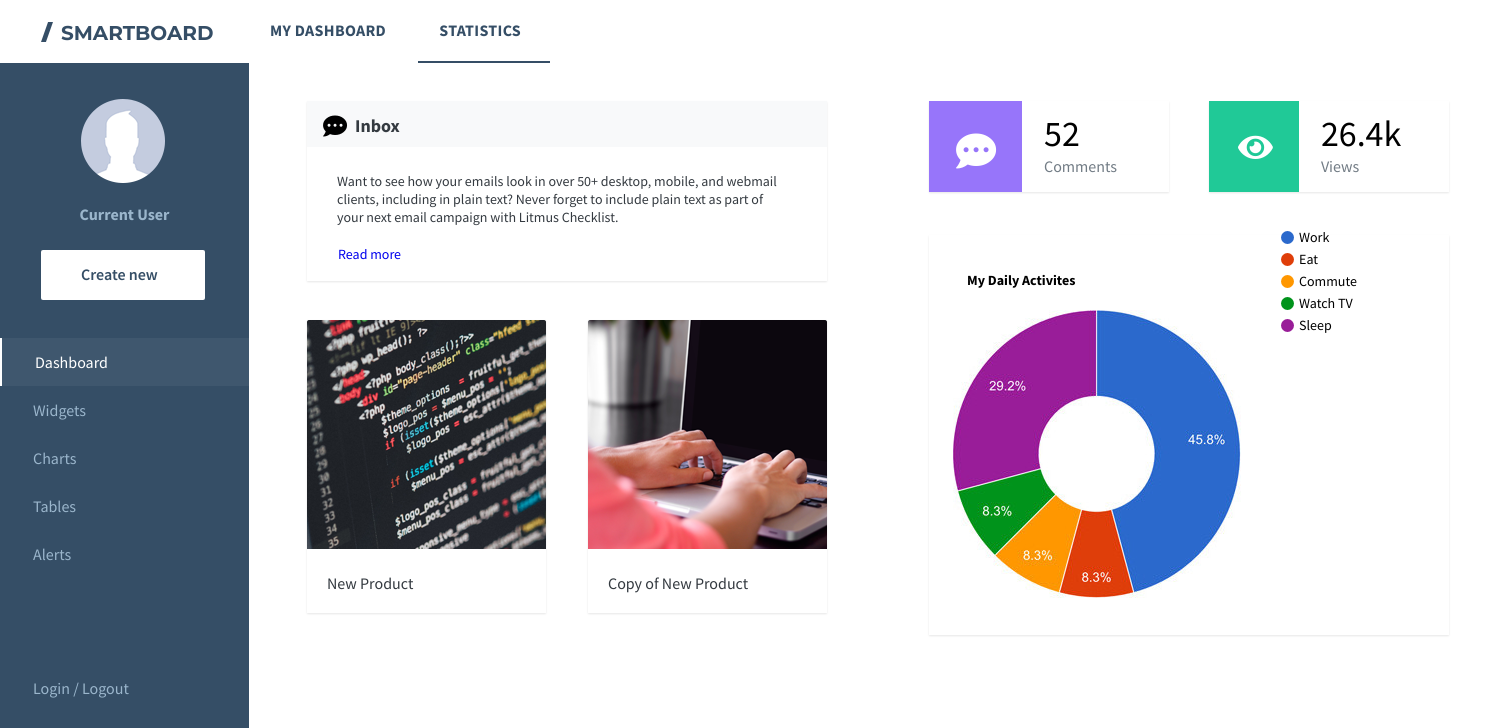
Repository: vargaeric/smartnotes
Page: workspace/public/html/smartboard.html
The author's editor kept a record of every edit. The page is drawn from the files as they stood at one moment, then again after the next edit.
The browser window is 1280 px wide. The page is 1493 px wide, so the pictures cover 1493 px, including what lies to the right of the window. The pictures show the whole page.
Some web libraries are served in a nearby version.

Above is the page before.

### workspace/public/html/smartboard.html
<!DOCTYPE html>
<html>
    <head>
        <link rel="stylesheet" href="https://use.fontawesome.com/releases/v5.8.1/css/all.css" integrity="sha384-50oBUHEmvpQ+1lW4y57PTFmhCaXp0ML5d60M1M7uH2+nqUivzIebhndOJK28anvf" crossorigin="anonymous">
        <link rel="stylesheet" type="text/css" href="./css/smartboard.css">
    </head>
    <body>
        <div class="up">
            <div class="logo">
                <div class="logoimg">
                    <img src="images/rec.png">
                </div>
                <div class="smart">
                    <h1>SMARTBOARD</h1>
                </div>
            </div>
            <div class="buttons">
                <a href="mydashboard.html">My Dashboard</a>
                <a class="fselected" href="statistics.html">Statistics</a>
            </div>
        </div>
       <div class="main">
            <div class="sidebar">
            <div class="userpic">
                <img src="images/userpic.png"/>
            </div>
            <h3 class="cuser">Current User</h3>
            <a class="fbutton" href="create.html">Create new</a>
            <div class="def">
                <div class="sbuttons">
                    <a class="selected" href="dashboard.html">Dashboard</a>
                    <a href="widgets.html">Widgets</a>
                    <a href="charts.html">Charts</a>
                    <a href="tables.html">Tables</a>
                    <a href="Alerts">Alerts</a>
                </div>
                <div class="logout">
                    <a href="linlout.html">Login / Logout</a>
                </div>
            </div>
        </div>
        <div class="content">
            <div class="leftt">
                <div class="upper">
                    <div class="inbox">
                        <i class="fas fa-comment-dots"></i>
                        <h2>Inbox</h2>
                    </div>
                    <div class="par">
                        <p>Want to see how your emails look in over 50+ desktop, mobile, and webmail clients, including in plain text?
                        Never forget to include plain text as part of your next email campaign with Litmus Checklist.</p>
                    </div>
                    <a href="readmore.html">Read more</a>
                </div>
                <div class="pictures">
                    <div id="fpic" class="pic">
                        <img src="images/pic1.png"/>
                        <h1>New Product</h1>
                    </div>
                    <div class="pic">
                        <img src="images/pic2.png"/>
                        <h1>Copy of New Product</h1>
                    </div>
                </div>
            </div>
            <div class="rightt">
                <div class="upper2">
                    <div id="fvc" class="vico">
                        <i class="fas fa-comment-dots"></i>
                        <div class="con">
                            <h1>52</h1>
                            <h2>Comments</h2>
                        </div>
                    </div>
                    <div class="vico">
                        <i class="fas fa-eye"></i>
                        <div class="con">
                            <h1>26.4k</h1>
                            <h2>Views</h2>
                        </div>
                    </div>
                </div>
                <div class="daily">
                    <h1>My Daily Activites</h1>
                    <div class="con2">
                        <img src="images/pie.png"/>
                        <ul>
                            <div class="cont">
                                <div id="work" class="circle"></div>
                                <li>Work</li>
                            </div>
                            <div class="cont">
                                <div id="eat" class="circle"></div>
                                <li>Eat</li>
                            </div>
                            <div class="cont">
                                <div id="commute" class="circle"></div>
                                <li>Commute</li>
                            </div>
                            <div class="cont">
                                <div id="watch" class="circle"></div>
                                <li>Watch TV</li>
                            </div>
                            <div class="cont">
                                <div id="sleep" class="circle"></div>
                                <li>Sleep</li>
                            </div>
                        </ul>
                    </div>
                </div>
            </div>
        </div>
       </div>
    </body>
</html>

### workspace/public/css/smartboard.css
@import url('https://fonts.googleapis.com/css?family=Montserrat:700|Source+Sans+Pro:400,600,700');

:root {
    --blue: #354e66;
    --light-blue: #9bb6cc;
}

body, h1, h2, h3, p {
    margin: 0;
    padding: 0;
}

html, body {
    height: 100%;
}

body {
    font-family: 'Source Sans Pro', sans-serif;
    font-size: 16px;
}

* {
    box-sizing: border-box;
}

.up {
    height: 63px;
    color: var(--blue);
    display: flex;
}

    .logo {
        width: 249px;
        padding: 20px 40px 24px 41px;
        display: flex;
    }

    .logoimg {
        position: relative;
        top: 2px;
        padding-right: 8px;
    }

    .smart > h1 {
        font-size: 20px;
        font-family: 'Montserrat', sans-serif;
        font-weight: 700;
        display: block;
        line-height: 33px;
        position: relative;
        bottom: 3px;
    }

    .buttons > a {
        display: inline-block;
        text-decoration: none;
        text-transform: uppercase;
        color: var(--blue);
        line-height: 44px;
        padding: 8px 29px 9px 21px;
        font-weight: 700;
        letter-spacing: 0.32px;
    }

    .buttons > a:hover, .fselected {
        border-bottom: 2px solid var(--blue);
    }

.main {
    display: flex;
}

    .sidebar {
        width: 249px;
        height: 100%;
        background-color: var(--blue);
        color: var(--light-blue);
        display: flex;
        flex-direction: column;
    }

        .userpic {
            padding: 36px 84px 17px 81px;
        }

        .cuser {
            font-size: 16px;
            text-align: center;
        }

        .fbutton {
            text-decoration: none;
            color: var(--blue);
            padding: 14px 38px 16px 40px;
            margin: 26px 44px 38px 41px;
            background-color: #fff;
            border-radius: 2px;
            font-weight: 600;
        }

        .def {
            display: flex;
            align-content: space-between;
            flex-direction: column;
        }

            .sbuttons > a {
                text-decoration: none;
                color: var(--light-blue);
                display: block;
                padding: 14px 0px 14px 33px;
            }

                .sbuttons > a:hover, .sbuttons > .selected {
                    color: #fff;
                }

            .selected {
                background-color: rgba(255, 255, 255, 0.05);
                border-left: 2px solid #fff;
            }

            .logout > a {
                display: block;
                text-decoration: none;
                color: var(--light-blue);
                padding: 100px 0px 30px 33px;
            }

        .content {
            display: flex;
        }

            .leftt, .rightt {
              margin: 38px 44px 0 58px;
              border-radius: 2px;
            }

                .upper {
                    width: 520px;
                    height: 180px;
                    margin-bottom: 39px;
                }

                .inbox {
                    display: flex;
                    background-color: #f8f9fa;
                }

                    .inbox > i {
                        font-size: 24px;
                        padding: 13px 8px 9px 16px;
                    }

                    .inbox > h2 {
                        color: #343a40;
                        font-size: 18px;
                        padding: 13px 0px 9px 0px;
                    }

                .par {
                    padding: 25px 45px 17px 30px;
                    font-size: 14px;
                    color: #343a40;
                }

                .upper > a {
                    text-decoration: none;
                    font-size: 14px;
                    text-color: #364fc7;
                    padding-left: 31px;
                    font-weight: 600px;
                }

            .pictures {
                display: flex;
            }

                .pic, .upper, .vico, .daily {
                    box-shadow: 0px 1px 2px 0px rgba(0,0,0,0.1);
                }

                    .pic > h1 {
                        font-size: 16px;
                        color: #343a40;
                        font-weight: 400;
                        padding: 20px;
                    }

                #fpic {
                    margin-right: 42px;
                }

            .upper2 {
                display: flex;
                height: 91px;
            }

                #fvc {
                    margin-right: 40px;
                }

                .vico {
                    display: flex;
                    width: 240px;
                }

                    #fvc > i {
                        font-size: 40px;
                        padding: 30px 26px 21px 27px;
                        background-color: #9775fa;
                        color: #fff;
                    }

                    .vico > i {
                        font-size: 31px;
                        padding: 31px 26px 29px 29px;
                        background-color: #20c997;
                        color: #fff;
                    }

                    .con {
                        padding: 10px 0px 14px 22px;
                    }

                        .con > h1 {
                            font-weight: 400;
                            font-size: 36px;
                        }

                        .con > h2 {
                            font-weight: 400;
                            font-size: 16px;
                            color: #727c85;
                        }

            .daily {
                margin-top: 43px;
                width: 520px;
                height: 400px;
            }

                .daily > h1 {
                    padding: 36px 0 21px 38px;
                    font-size: 14px;
                }

                .con2 {
                    display: flex;
                    padding-left: 24px;
                }

                    .cont {
                        display: flex;
                    }

                        .con2 > ul {
                            position: relative;
                            bottom: 100px;
                        }

                        .cont > li {
                            list-style-type: none;
                            line-height: 22px;
                            font-size: 14px;
                        }

                    .circle {
                        height: 13px;
                        width: 13px;
                        border-radius: 50%;
                        margin: 5px 5px 0 0;
                    }

                    #work {
                        background-color: #2b69cc;
                    }

                    #eat {
                        background-color: #df3e0a;
                    }

                    #commute {
                        background-color: #ff9700;
                    }

                    #watch {
                        background-color: #00931b;
                    }

                    #sleep {
                        background-color: #991d98;
                    }

After the next edit:
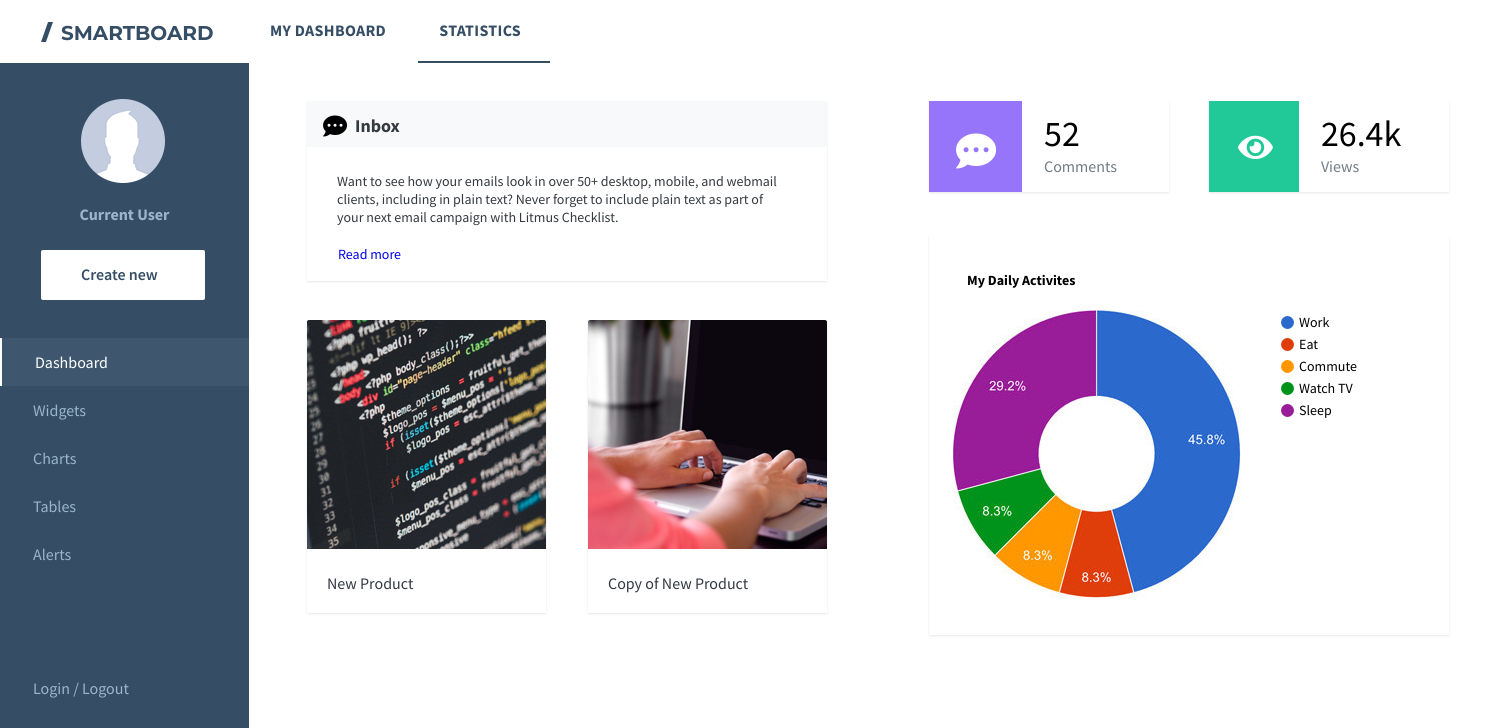
The edit:
--- a/workspace/public/css/smartboard.css
+++ b/workspace/public/css/smartboard.css
@@ -256,7 +256,7 @@
 
                         .con2 > ul {
                             position: relative;
-                            bottom: 100px;
+                            bottom: 15px;
                         }
 
                         .cont > li {
